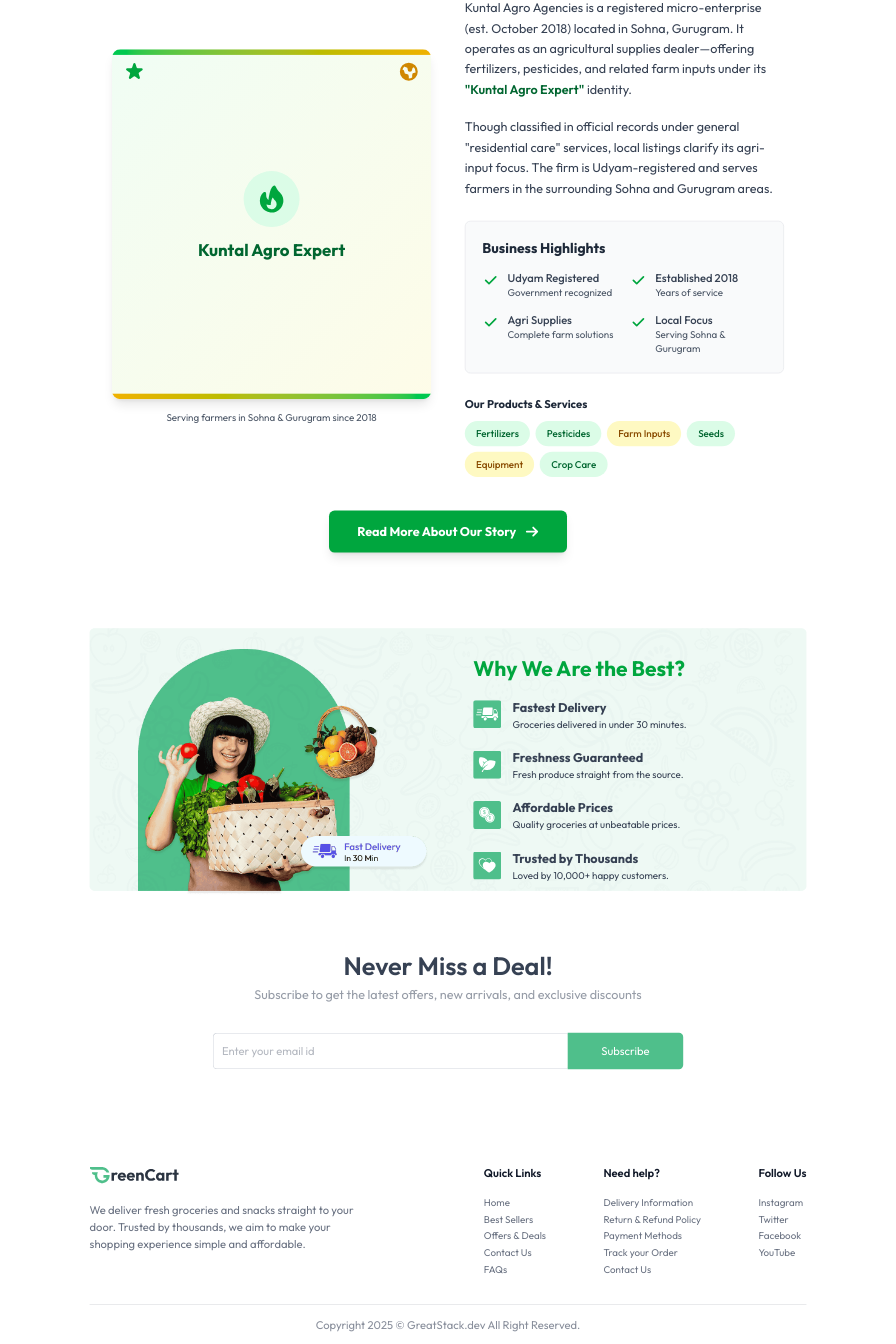
Repository: deepak445566/agro
Page: / (app in client/)
These files come from the project's save history. The page is drawn as it stood at one moment and after the next save; the edit follows.
The browser window is 1280 px wide. The pictures show the part of the page from y = 819 to 2739 px (the page is 2739 px tall before and 2049 px after), at 70% of full size.
The page's requests for data from a server got no answer. Some web fonts or font styles are not loaded; a fallback is used. The project was rebuilt for these pictures with package versions that can differ from the ones it lists, and the page was loaded fresh each time. No one was signed in, and anything a server would have sent is missing. Also part of the build but not shown: client/vite.config.js, client/src/components/ProductCard.jsx, client/src/components/Login.jsx, client/src/pages/AllProduct.jsx, client/src/pages/Productcato.jsx, client/src/pages/ProductDetail.jsx, client/src/pages/Cart.jsx, client/src/components/Addaddress.jsx and 7 more.

Above is the page before, as saved 2025-12-14 14:49:38.

After the next save:
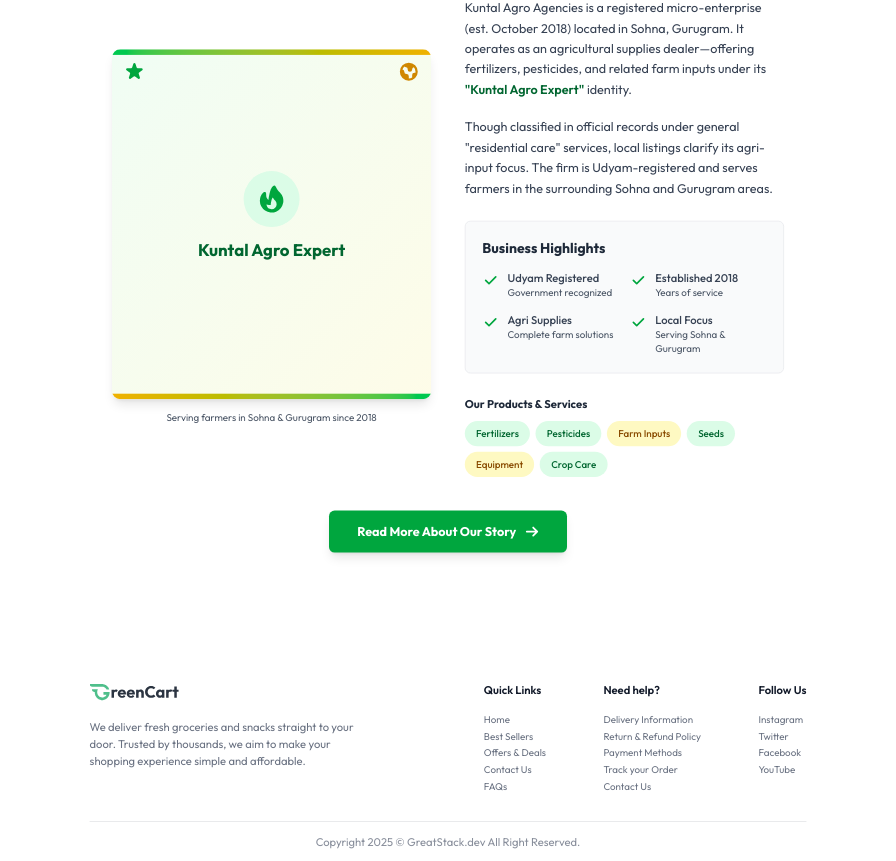
Saved 55 s later.
--- a/client/src/pages/Home.jsx
+++ b/client/src/pages/Home.jsx
@@ -15,8 +15,7 @@
 
     <BestSeller/>
     <OurStory/>
-    <BottomBanner/>
-    <NewsLetter/>
+
 
    </div>
    </>
